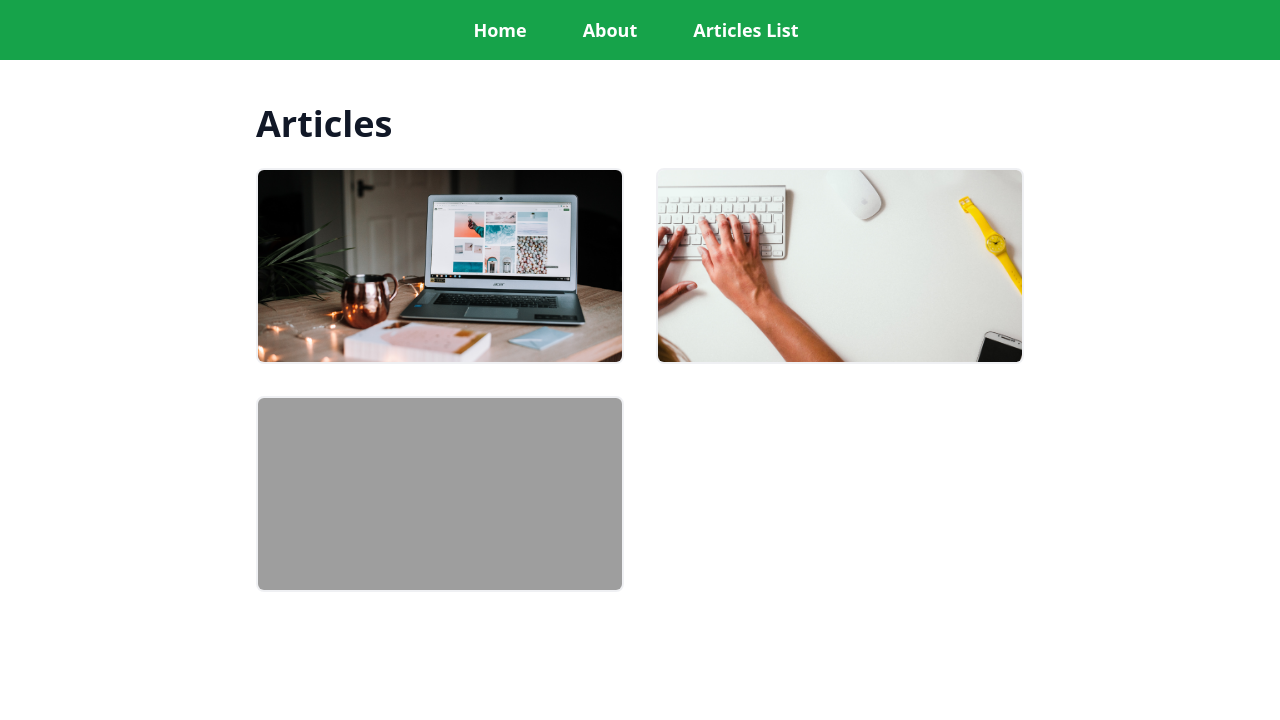
Repository: ymw0331/blog-mern-webapp
Page: /articles-list (app in client/)
An editor plug-in stored every save of this project. The page is shown before and after the next save, followed by the edit.
The browser window is 1280 px wide. The pictures show the whole page.
Pictures or frames that could not be fetched are drawn as grey boxes. The project was rebuilt for these pictures with package versions that can differ from the ones it lists, and the page was loaded fresh each time. Also part of the build but not shown: client/src/pages/Home.js, client/src/pages/About.js, client/src/pages/Article.js.

Above is the page before, as saved 2022-12-10 21:24:27.

### client/src/App.js
import { BrowserRouter as Router, Route, Routes } from 'react-router-dom';
// Pages
import Home from './pages/Home';
import About from './pages/About';
import Article from './pages/Article';
import ArticlesList from './pages/ArticlesList';
import Navbar from './components/Navbar';

function App() {
  return (
    <Router>
      <Navbar />
      <div className='max-w-screen-md mx-auto pt-20'>
        <Routes>
          <Route path='/' element={<Home />} />
          <Route path='/about' element={<About />} />
          <Route path='/articles-list' element={<ArticlesList />} />
          <Route path='/article/:name' element={<Article />} />
        </Routes>
      </div>
    </Router>
  );
}

export default App;

### client/src/pages/ArticlesList.js
import React from 'react';
import articleContent from './article-content';
import { Link } from 'react-router-dom';

const ArticlesList = () => {
  return (
    <div>
      <h1 className='sm:text-4xl text-2xl font-bold my-6 text-gray-900'>
        Articles
      </h1>
      <div classname='container py-4 mx-auto'>
        <div className='flex flex-wrap -m-4'>
          {articleContent.map((article, index) => (
            <div key={index} className='p-4 md:w-1/2'>
              <div className='h-full border-2 border-gray-200 border-opacity-60 rounded-lg overflow-hidden'>
                <Link to={`/article/${article.name}`}>
                  <img
                    className='lg:h-48 md:h-36 w-full object-cover object-center'
                    src={article.thumbnail}
                    alt='blog'
                  />
                </Link>
                <div className=''>

                </div>
              </div>
            </div>
          ))}
        </div>
      </div>
    </div>
  );
};

export default ArticlesList;

### client/src/components/Navbar.js
import React from 'react';
import { Link } from 'react-router-dom';

const Navbar = () => {
  return (
    <nav className='border-b4 border-green-700 text-center fixed top-0 bg-green-600 font-bold w-full text-lg text-white'>
      <ul>
        <li className='inline-block py-4'>
          <Link to='/' className='pl-6 pr-8'>
            Home
          </Link>
        </li>
        <li className='inline-block py-4'>
          <Link to='/about' className='pl-6 pr-8'>
            About
          </Link>
        </li>
        <li className='inline-block py-4'>
          <Link to='/articles-list' className='pl-6 pr-8'>
            Articles List
          </Link>
        </li>
      </ul>
    </nav>
  );
};

export default Navbar;

### client/src/pages/article-content.js
const articles = [
  {
    name: 'learn-react',
    title: 'The Fastest Way to Learn React',
    thumbnail: '/images/blog1.jpeg',
    content: [
      `Welcome! Today we're going to be talking about the fastest way to learn React. Lorem proin congue ligula id risus posuere, vel eleifend ex egestas. Sed in turpis leo. Aliquam malesuada in massa tincidunt egestas. Nam consectetur varius turpis, non porta arcu porttitor non. In tincidunt vulputate nulla quis egestas. Ut eleifend ut ipsum non fringilla. Praesent imperdiet nulla nec est luctus, at sodales purus euismod.`,
      `Donec vel mauris lectus. Etiam nec lectus urna. Sed sodales ultrices dapibus. Nam blandit tristique risus, eget accumsan nisl interdum eu. Aenean ac accumsan nisi. Nunc vel pulvinar diam. Nam eleifend egestas viverra. Donec finibus lectus sed lorem ultricies, eget ornare leo luctus. Morbi vehicula, nulla eu tempor interdum, nibh elit congue tellus, ac vulputate urna lorem nec nisi. Morbi id consequat quam. Vivamus accumsan dui in facilisis aliquet.`,
      `Etiam nec lectus urna. Sed sodales ultrices dapibus. Nam blandit tristique risus, eget accumsan nisl interdum eu. Aenean ac accumsan nisi. Nunc vel pulvinar diam. Nam eleifend egestas viverra. Donec finibus lectus sed lorem ultricies, eget ornare leo luctus. Morbi vehicula, nulla eu tempor interdum, nibh elit congue tellus, ac vulputate urna lorem nec nisi. Morbi id consequat quam. Vivamus accumsan dui in facilisis aliquet.`,
    ],
  },
  {
    name: 'learn-node',
    title: 'How to Build a Node Server in 10 Minutes',
    thumbnail: '/images/blog2.jpeg',
    content: [
      `In this article, we're going to be talking looking at a very quick way to set up a Node.js server. We'll be discussing some topics such as proin congue ligula id risus posuere, vel eleifend ex egestas. Sed in turpis leo. Aliquam malesuada in massa tincidunt egestas. Nam consectetur varius turpis, non porta arcu porttitor non. In tincidunt vulputate nulla quis egestas. Ut eleifend ut ipsum non fringilla. Praesent imperdiet nulla nec est luctus, at sodales purus euismod.`,
      `Donec vel mauris lectus. Etiam nec lectus urna. Sed sodales ultrices dapibus. Nam blandit tristique risus, eget accumsan nisl interdum eu. Aenean ac accumsan nisi. Nunc vel pulvinar diam. Nam eleifend egestas viverra. Donec finibus lectus sed lorem ultricies, eget ornare leo luctus. Morbi vehicula, nulla eu tempor interdum, nibh elit congue tellus, ac vulputate urna lorem nec nisi. Morbi id consequat quam. Vivamus accumsan dui in facilisis aliquet.`,
      `Etiam nec lectus urna. Sed sodales ultrices dapibus. Nam blandit tristique risus, eget accumsan nisl interdum eu. Aenean ac accumsan nisi. Nunc vel pulvinar diam. Nam eleifend egestas viverra. Donec finibus lectus sed lorem ultricies, eget ornare leo luctus. Morbi vehicula, nulla eu tempor interdum, nibh elit congue tellus, ac vulputate urna lorem nec nisi. Morbi id consequat quam. Vivamus accumsan dui in facilisis aliquet.`,
    ],
  },
  {
    name: 'my-thoughts-on-learning-react',
    title: 'My Thoughts on Learning ReactJS',
    thumbnail: '/images/blog3.jpeg',
    content: [
      `Today is the day I talk about something which scares most people: Learning ReactJS. In reality, I'm not sure why people have such a hard time with Learning ReactJS ligula id risus posuere, vel eleifend ex egestas. Sed in turpis leo. Aliquam malesuada in massa tincidunt egestas. Nam consectetur varius turpis, non porta arcu porttitor non. In tincidunt vulputate nulla quis egestas. Ut eleifend ut ipsum non fringilla. Praesent imperdiet nulla nec est luctus, at sodales purus euismod.`,
      `Donec vel mauris lectus. Etiam nec lectus urna. Sed sodales ultrices dapibus. Nam blandit tristique risus, eget accumsan nisl interdum eu. Aenean ac accumsan nisi. Nunc vel pulvinar diam. Nam eleifend egestas viverra. Donec finibus lectus sed lorem ultricies, eget ornare leo luctus. Morbi vehicula, nulla eu tempor interdum, nibh elit congue tellus, ac vulputate urna lorem nec nisi. Morbi id consequat quam. Vivamus accumsan dui in facilisis aliquet.`,
      `Etiam nec lectus urna. Sed sodales ultrices dapibus. Nam blandit tristique risus, eget accumsan nisl interdum eu. Aenean ac accumsan nisi. Nunc vel pulvinar diam. Nam eleifend egestas viverra. Donec finibus lectus sed lorem ultricies, eget ornare leo luctus. Morbi vehicula, nulla eu tempor interdum, nibh elit congue tellus, ac vulputate urna lorem nec nisi. Morbi id consequat quam. Vivamus accumsan dui in facilisis aliquet.`,
    ],
  },
];
export default articles;

Loaded but not shown: client/public/index.html (common file); client/src/index.js (common file); client/src/index.css (common file); client/src/reportWebVitals.js (common file); client/tailwind.config.js (common file)

After the next save:
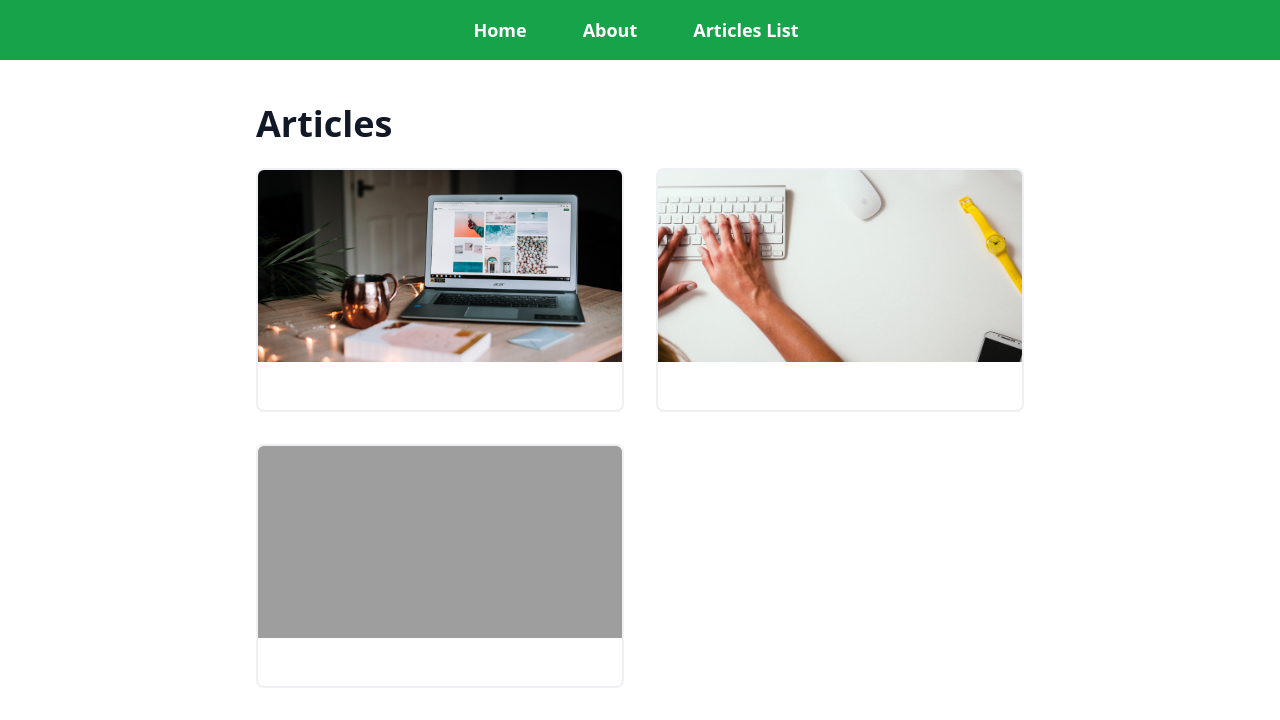
Saved 7 s later.
--- a/client/src/pages/ArticlesList.js
+++ b/client/src/pages/ArticlesList.js
@@ -20,8 +20,8 @@ const ArticlesList = () => {
                     alt='blog'
                   />
                 </Link>
-                <div className=''>
-
+                <div className='p-6'>
+              <Link></Link>
                 </div>
               </div>
             </div>
